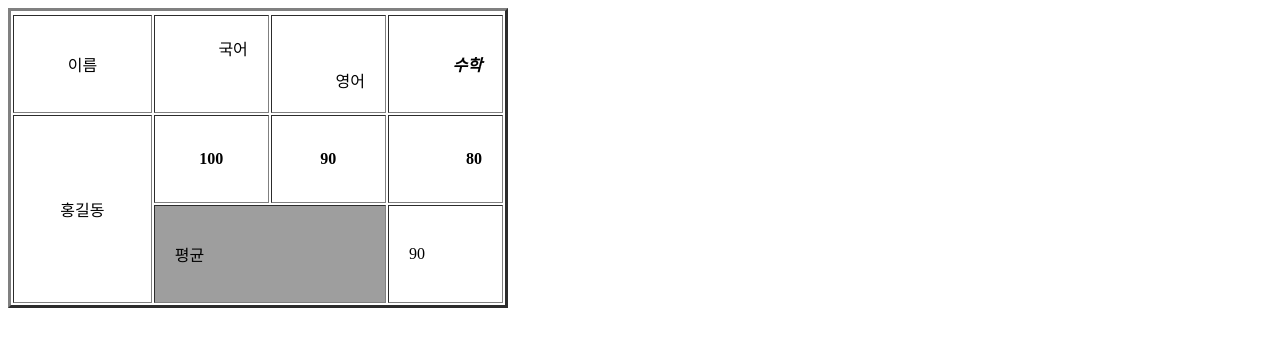
Repository: bjKim2/JSP
Page: HTML/src/main/webapp/Lec03.html
The author's editor kept a copy of each file at every save. The page is drawn from the files as they stood at one save, then again after the next save.
The browser window is 1280 px wide. The pictures show the whole page.
Pictures or frames that could not be fetched are drawn as grey boxes.

Above is the page before, as saved 2022-03-15 02:39:58.

### HTML/src/main/webapp/Lec03.html
<!DOCTYPE html>
<html>
	<head>
		<meta charset="UTF-8">
		<title>Insert title here</title>
	</head>
	<body>
		<table border= "3" cellpadding='20' width = "500" height = "300">
			<tr>

			</tr>

			<tr align = "right">
				<td align = "center">이름</td>
				<td valign = "top">국어</td>
				<td valign = "bottom">영어</td>
				<td valign = "middle"><i><b>수학</b></i></td>
			</tr>
			<tr>
				<td rowspan = "2" align = "center"> 홍길동 </td>
				<th >100</th>
				<th  align = "center">90</th>
				<th align = "right">80</th>

			</tr>
			<tr>

				<td bgcolor = 'e5ffdd' background = "https://img2.sbs.co.kr/img/sbs_cms/WE/2020/07/09/WE64849959_ori.jpg" colspan = "2">평균</td>
				<td>90</td>


			</tr>


		</table>
	</body>
</html>

After the next save:
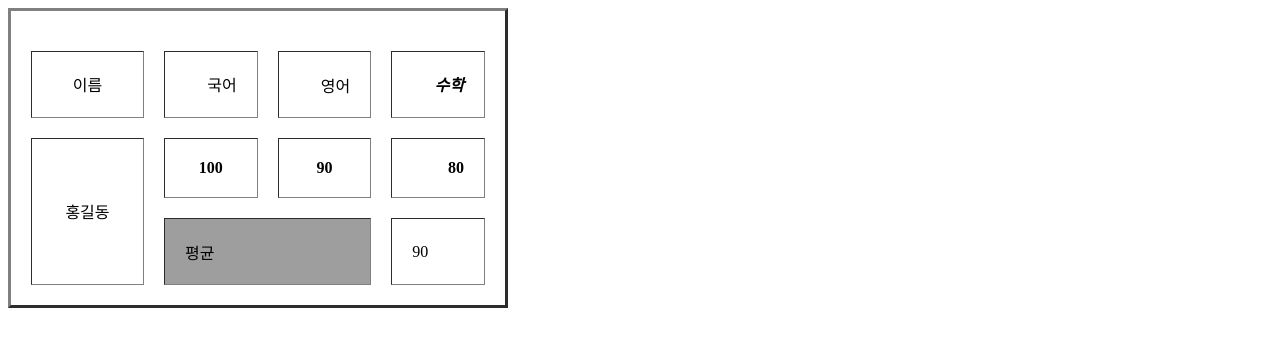
Saved 25 s later.
--- a/HTML/src/main/webapp/Lec03.html
+++ b/HTML/src/main/webapp/Lec03.html
@@ -5,7 +5,7 @@
 		<title>Insert title here</title>
 	</head>
 	<body>
-		<table border= "3" cellpadding='20' width = "500" height = "300">
+		<table border= "3" cellpadding='20' cellspacing = '20' width = "500" height = "300">
 			<tr>
 
 			</tr>
